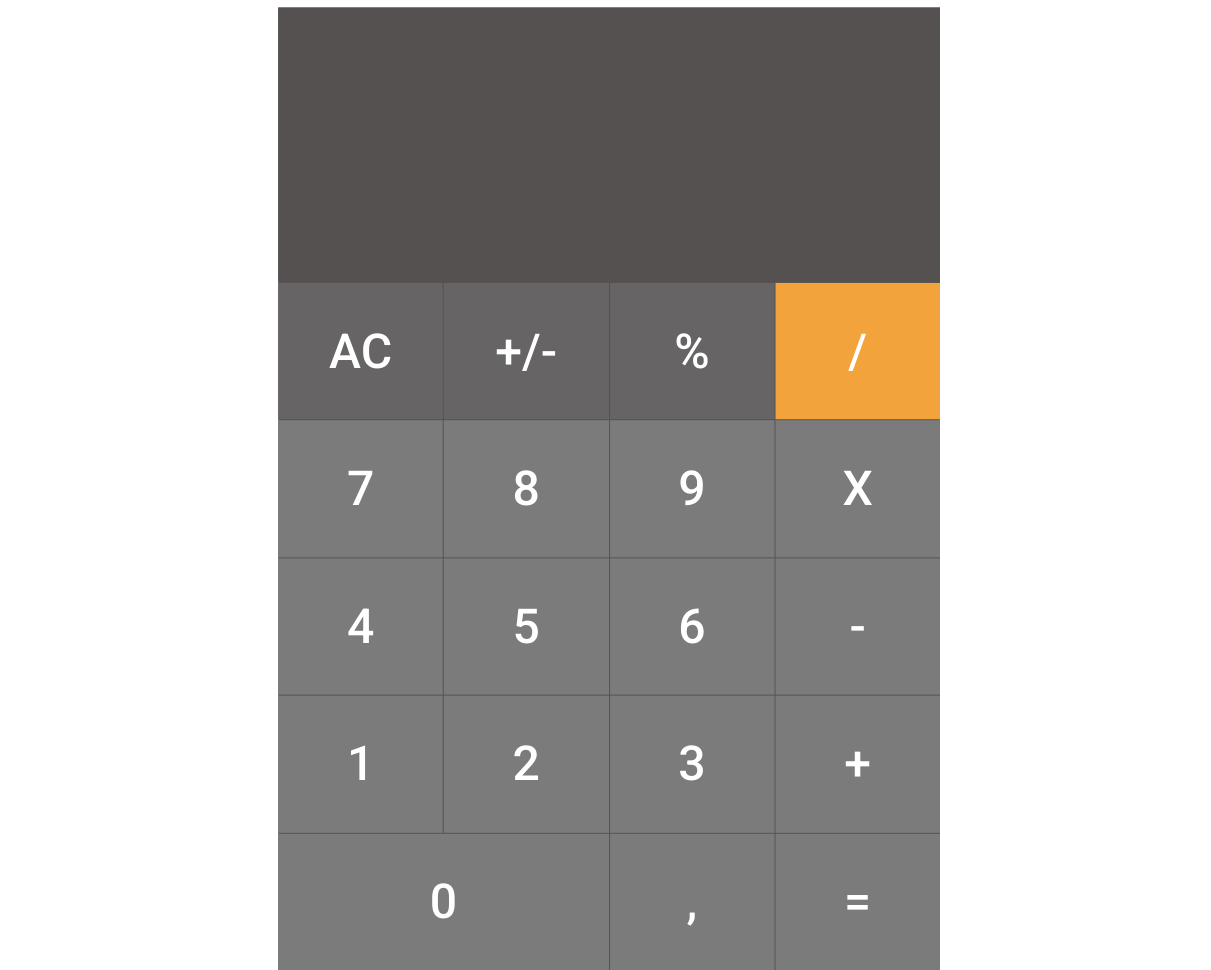
Repository: maciekto/calculatorOOP
Page: index.html
An editor plug-in stored every save of this project. The page is shown before and after the next save, followed by the edit.
The browser window is 1280 px wide. The page is 1288 px wide, so the pictures cover 1288 px, including what lies to the right of the window. The pictures show the whole page, at 94% of full size.

Above is the page before, as saved 2022-06-19 19:00:57.

After the next save:
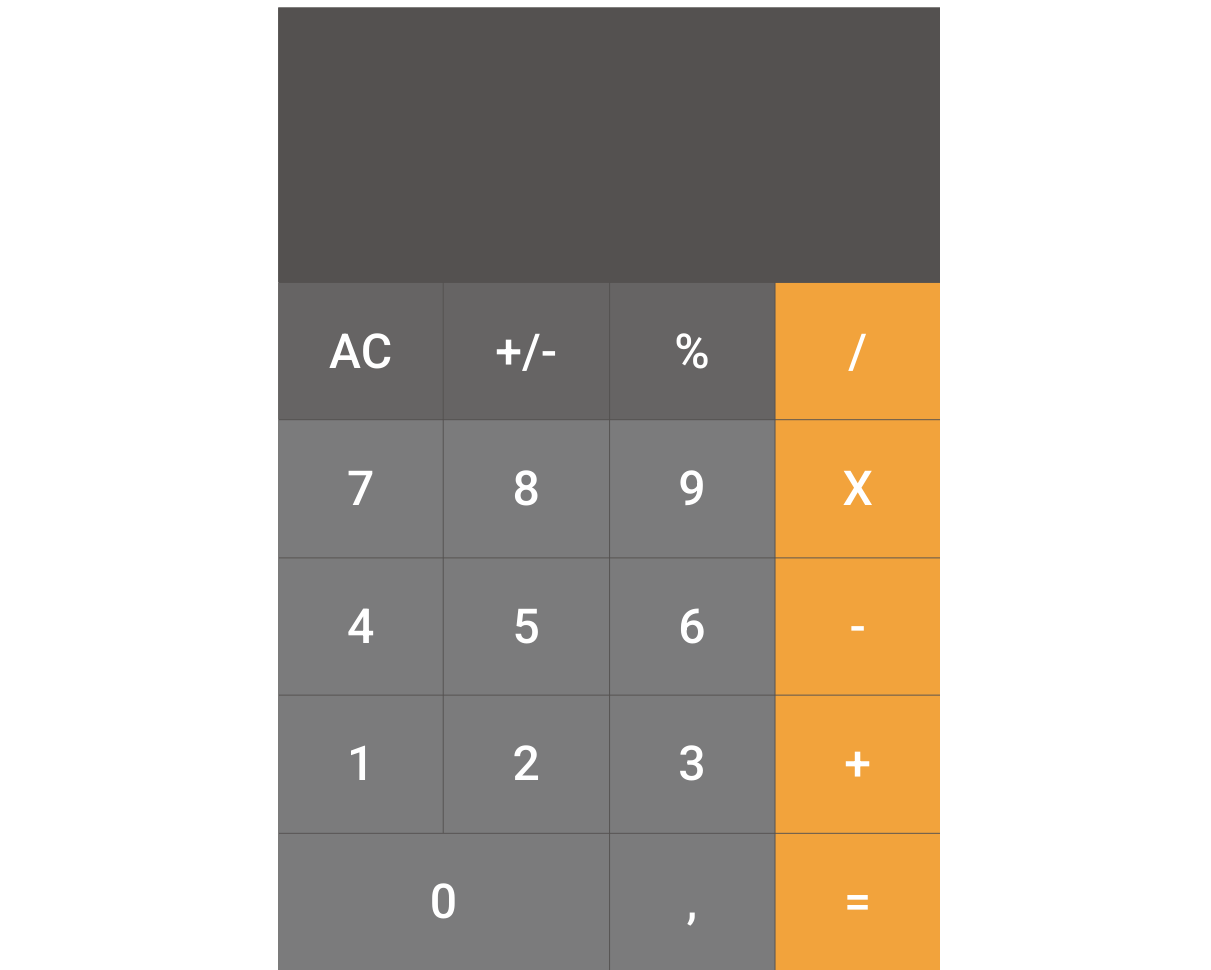
Saved 36 s later.
--- a/css.css
+++ b/css.css
@@ -55,6 +55,18 @@ main {
 .Calc__divide {
     background: #f2a33c !important;
 }
+.Calc__multiply {
+    background: #f2a33c !important;
+}
+.Calc__substraction {
+    background: #f2a33c !important;
+}
+.Calc__addition {
+    background: #f2a33c !important;
+}
+.Calc__isequal {
+    background: #f2a33c !important;
+}
 
 
 .Calc__0 {
